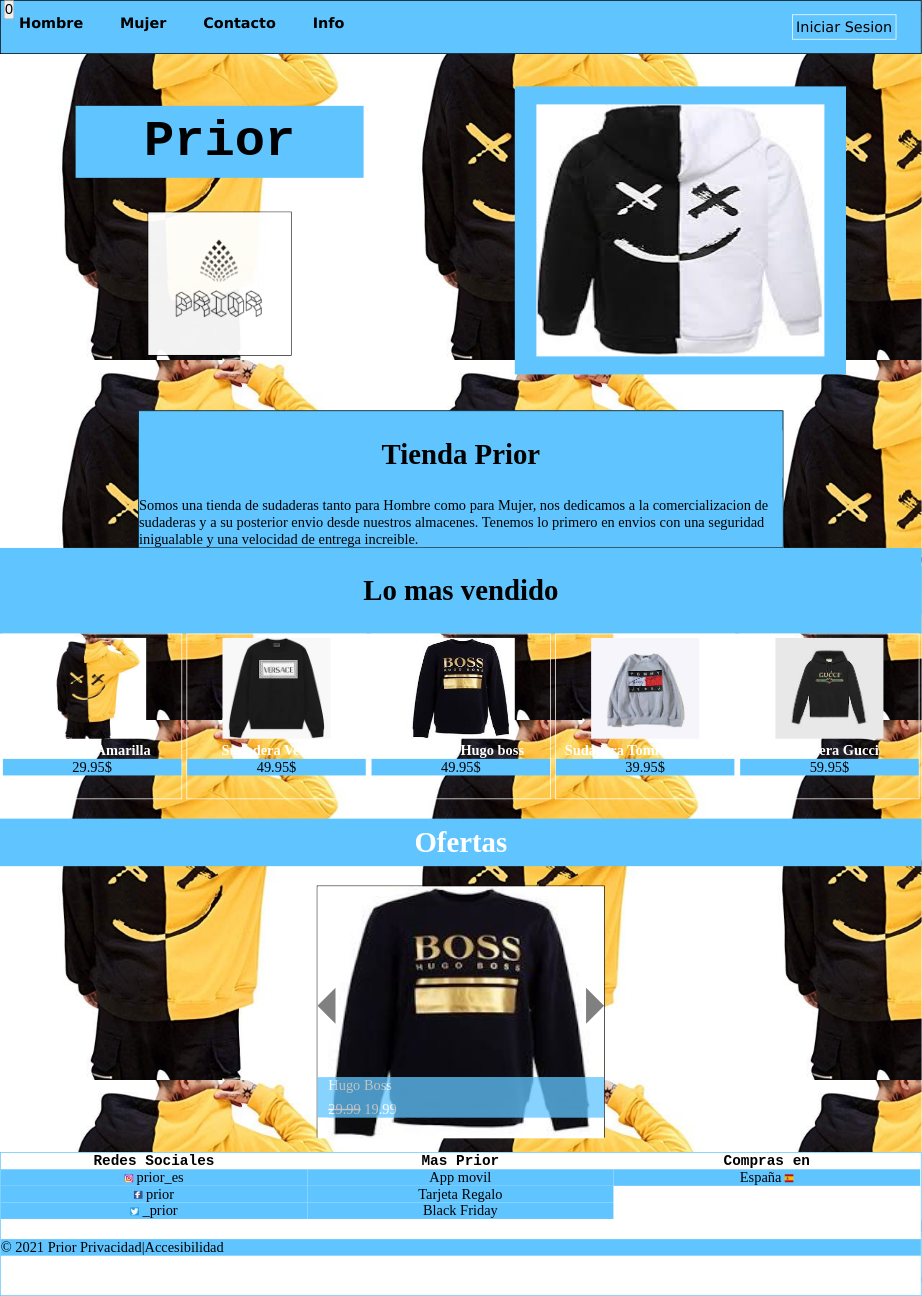
Repository: danilugones10/Proyecto
Page: main.html
The author's editor kept a copy of each file at every save. The page is drawn from the files as they stood at one save, then again after the next save.
The browser window is 1280 px wide. The pictures show the whole page, at 72% of full size.

Above is the page before, as saved 2021-03-04 21:41:20.

### main.html
<!DOCTYPE html>
<html lang="en">
<head>
    <meta charset="UTF-8">
    <meta name="viewport" content="width=device-width, initial-scale=1.0">
    <title>Document</title>
    <link rel="stylesheet" href="css/normalize.css">
    <link rel="stylesheet" href="css/style.css">
</head>
<body class="body">
    <header class="header">

    </header>



    <main class="main">
        <button id="oscuro">0</button>
        <section class="section1">
            <div class="section1-titulo">
                <div class="section1-titulo__fondo color__claro">
                    <h1 class="section1-titulo__h1">Prior</h1>
                </div>
                <img src="css/img/Prior.PNG" class="prior-img">
            </div>
            <div class="section1-img color__claro">
                <img src="css/img/sudadera1.jpg" alt="">
            </div>
        </section>

        <section class="section2">
            <div class="section2-prior color__claro">
                <h1>Tienda Prior</h1>
                <p>Somos una tienda de sudaderas tanto para Hombre como para Mujer,
                    nos dedicamos a la comercializacion de sudaderas y a su posterior envio
                    desde nuestros almacenes. Tenemos lo primero en envios con una seguridad
                    inigualable y una velocidad de entrega increible.
                </p>
            </div>
        </section>

        <section class="section3">
            <div class="section3-h1 color__claro">
                <h1>Lo mas vendido</h1>
            </div>
            <div class="section3-imagenes">
                <div class="section3-imagenes__contenedor">
                    <div class="fondo">
                            <img src="css/img/sudadera_fondo.jpg" width="150px" height="140px" alt="">
                            <h3>Sudadera Amarilla</h3>
                            <p>29.95$</p>
                            <button>Ver detalles</button>
                    </div>
                </div>
                <div class="section3-imagenes__contenedor">
                    <div class="fondo">
                        <img src="css/img/imagenes/1.jpg" width="150px" height="140px" alt="">
                        <h3>Sudadera Versace</h3>
                        <p>49.95$</p>
                        <button>Ver detalles</button>
                    </div>
                </div>
                <div class="section3-imagenes__contenedor">
                    <div class="fondo">
                        <img src="css/img/imagenes/2.jpg" width="150px" height="140px" alt="">
                        <h3>Sudadera Hugo boss</h3>
                        <p>49.95$</p>
                        <button>Ver detalles</button>
                    </div>
                </div>
                <div class="section3-imagenes__contenedor">
                    <div class="fondo">
                        <img src="css/img/imagenes/3.jpg" width="150px" height="140px" alt="">
                        <h3>Sudadera Tommy Hilfiger</h3>
                        <p>39.95$</p>
                        <button>Ver detalles</button>
                    </div>
                </div>
                <div class="section3-imagenes__contenedor">
                    <div class="fondo">
                        <img src="css/img/imagenes/5.jpg" width="150px" height="140px" alt="">
                        <h3>Sudadera Gucci</h3>
                        <p>59.95$</p>
                        <button>Ver detalles</button>
                    </div>
                </div>
            </div>
        </section>

        <section class="section4">
            <h1>Ofertas</h1>
            <div class="contenedor">
                <div id="flecha1"></div>
                <div id="flecha2"></div>

                <img src="css/img/imagenes/1.jpg" width="400px" height="350px" alt="" id="imagen">

                <div class="texto">
                    <p id="nombreImagen">Versace</p>
                    <p id="precio"><span>29.99</span> 19.99</p>
                </div>

            </div>
        </section>
    </main>

    <footer class="footer">
        <div class="grupo">
            <div class="colum">
                <h3>Redes Sociales</h3>
                <p><img src="css/img/Instagram.PNG" width="12px" height="11px" alt=""> prior_es</p>
                <p><img src="css/img/Facebok.PNG" width="12px" height="11px" alt=""> prior</p>
                <p><img src="css/img/Twiter.PNG" width="12px" height="11px" alt=""> _prior</p>
            </div>
            <div class="colum">
                <h3>Mas Prior</h3>
                <p>App movil</p>
                <p>Tarjeta Regalo</p>
                <p>Black Friday</p>
            </div>
            <div class="colum">
                <h3>Compras en</h3>
                <p>España <img src="css/img/España.PNG" width="12px" height="11px" alt=""></p>
            </div>
        </div>
        <div class="fin">
            <p>&copy; 2021 Prior <span>Privacidad|Accesibilidad</span> </p>
        </div>
    </footer>
    <script src="js/menu.js"></script>
    <script src="js/galeria.js"></script>
    <script src="js/oscuro.js"></script>
</body>
</html>

### css/style.css
:root {
  --base: #60c5ff;
  --texto: #000000;
  --nav: #ffffff;
}

.modoOscuro {
  --base: #093f5f;
  --texto: #ffffff;
  --nav: #000000;
}

.header {
  grid-column: 1/2;
  grid-row: 1/2;
  background-color: var(--nav);
  color: var(--texto);
  height: 75px;
}

.menu {
  height: 75px;
  border: 1px solid;
}

.menu__list {
  list-style: none;
  display: flex;
}

.menu__item {
  padding-top: 20px;
  padding-bottom: 23px;
  padding-right: 2%;
  padding-left: 2%;
  font-family: "Lucida Sans", "Lucida Sans Regular", "Lucida Grande", "Lucida Sans Unicode", Geneva, Verdana, sans-serif;
  font-weight: bold;
}

#oscuro {
  margin-left: 5px;
}

a {
  text-decoration: none;
  color: var(--texto);
}

.busqueda {
  display: none;
  position: absolute;
  width: 20%;
  right: 185px;
  top: 25px;
  height: 25px;
  border-radius: 10px;
  outline: none;
}

.inicio {
  position: absolute;
  top: 20px;
  right: 35px;
  background-color: var(--base);
  border: 1px solid white;
  padding: 5px;
  font-family: "Lucida Sans", "Lucida Sans Regular", "Lucida Grande", "Lucida Sans Unicode", Geneva, Verdana, sans-serif;
}
.inicio a {
  text-decoration: none;
}

.hamburguesa {
  position: absolute;
  top: 25px;
  right: 5px;
  cursor: pointer;
  display: none;
}

.inicio:hover {
  background-color: #A3E4D7;
}
.inicio:hover a {
  color: black;
}

.menu__item:hover {
  background-color: var(--base);
  color: var(--texto);
}
.menu__item:hover a {
  color: black;
}

@media (max-width: 767px) {
  .menu {
    background-color: var(--nav);
    height: 75px;
  }

  .menu__list {
    list-style: none;
    display: inline-block;
  }

  .menu__item {
    padding-top: 19px;
    padding-bottom: 20px;
    padding-right: 2%;
    padding-left: 2%;
    font-family: "Lucida Sans", "Lucida Sans Regular", "Lucida Grande", "Lucida Sans Unicode", Geneva, Verdana, sans-serif;
    visibility: hidden;
  }

  .menu__item:hover {
    width: 100px;
  }

  .busqueda {
    display: block;
    position: absolute;
    width: 35%;
    right: 200px;
    top: 25px;
    height: 25px;
    border-radius: 20px;
  }

  .inicio {
    position: absolute;
    top: 20px;
    right: 35px;
    border: 1px solid white;
    padding: 5px;
    font-family: "Lucida Sans", "Lucida Sans Regular", "Lucida Grande", "Lucida Sans Unicode", Geneva, Verdana, sans-serif;
  }
  .inicio a {
    text-decoration: none;
  }

  .hamburguesa {
    position: absolute;
    top: 25px;
    right: 5px;
    cursor: pointer;
    display: block;
  }

  .inicio:hover {
    background-color: #A3E4D7;
    color: black;
  }

  .menu__item:hover {
    background-color: var(--base);
    color: var(--texto);
  }
}
.main {
  grid-column: 1/2;
  grid-row: 2/3;
}

.section1 {
  display: flex;
  flex-flow: wrap;
  justify-content: space-around;
  width: 100%;
}
.section1 .section1-titulo {
  width: 400px;
  height: 400px;
  text-align: center;
}
.section1 .section1-titulo .section1-titulo__fondo .section1-titulo__h1 {
  font-size: 70px;
  font-family: "Courier New", Courier, monospace;
}
.section1 .section1-titulo .prior-img {
  opacity: 95%;
  width: 200px;
  height: 200px;
  border: 1px solid;
  transition: 1s;
}
.section1 .section1-titulo .prior-img:hover {
  transform: scale(1.3);
}
.section1 .section1-img {
  width: 460px;
  height: 400px;
  text-align: center;
  padding-top: 25px;
  margin-top: 20px;
}
.section1 .section1-img img {
  width: 400px;
  height: 350px;
  transition: 1s;
}
.section1 .section1-img img:hover {
  transform: scale(1.1);
}

.section2 {
  width: 100%;
  display: flex;
  justify-content: center;
  padding-top: 50px;
  color: white;
}
.section2 .section2-prior {
  border: 1px solid;
  width: 70%;
}

.section3 {
  width: 100%;
  display: flex;
  flex-wrap: wrap;
  color: white;
}
.section3 .section3-h1 {
  width: 100%;
  text-align: center;
}
.section3 .section3-imagenes {
  display: flex;
  flex-wrap: wrap;
  justify-content: space-around;
  width: 100%;
  text-align: center;
}
.section3 .section3-imagenes .section3-imagenes__contenedor {
  position: relative;
  border: 1px solid;
  padding-top: 5px;
  width: 250px;
  height: 230px;
}
.section3 .section3-imagenes .section3-imagenes__contenedor button {
  display: none;
}
.section3 .section3-imagenes .section3-imagenes__contenedor h3 {
  font-size: 20px;
}
.section3 .section3-imagenes .section3-imagenes__contenedor:hover .fondo {
  position: absolute;
  top: 0;
  left: 0;
  width: 100%;
  height: 100%;
  background-color: rgba(0, 0, 0, 0.6);
  z-index: 100;
}
.section3 .section3-imagenes .section3-imagenes__contenedor:hover button {
  display: inline;
  position: absolute;
  top: 40%;
  left: 30%;
}

.section4 {
  width: 100%;
  margin-top: 5px;
}
.section4 h1 {
  color: white;
  text-align: center;
}
.section4 .contenedor {
  margin: auto;
  margin-bottom: 20px;
  width: 400px;
  height: 350px;
  background-color: aquamarine;
  z-index: 100;
  position: relative;
  border: 1px solid;
}
.section4 .contenedor img {
  width: 100vw;
}
.section4 .contenedor .texto {
  background-color: var(--base);
  opacity: 75%;
  margin-top: -90px;
}
.section4 .contenedor .texto #nombreImagen {
  color: white;
  margin-left: 15px;
}
.section4 .contenedor .texto #precio {
  color: white;
  padding-top: 10px;
  margin-left: 15px;
}
.section4 .contenedor .texto #precio span {
  text-decoration: line-through;
}
.section4 .contenedor #flecha1 {
  content: "";
  position: absolute;
  border-right: 2vw solid gray;
  border-bottom: 2vw solid transparent;
  border-top: 2vw solid transparent;
  bottom: 45%;
  left: 0;
  cursor: pointer;
}
.section4 .contenedor #flecha2 {
  content: "";
  position: absolute;
  border-left: 2vw solid gray;
  border-bottom: 2vw solid transparent;
  border-top: 2vw solid transparent;
  bottom: 45%;
  right: 0;
  cursor: pointer;
}

.footer {
  grid-column: 1/2;
  grid-row: 3/4;
  color: var(--texto);
  background-color: var(--nav);
  border: 1px solid var(--base);
  height: 200px;
}

.grupo {
  display: flex;
}

.colum {
  text-align: center;
  width: 33.3%;
  height: 120px;
}

.colum h3 {
  margin-bottom: 0px;
  font-family: "Courier New", Courier, monospace;
}

.colum div {
  margin-top: 3px;
  font-size: 16px;
  font-family: "Times New Roman", Times, serif;
}

.fin {
  width: 100%;
}

.fin div {
  font-size: 16px;
  text-align: center;
}

.fin div span {
  position: absolute;
  right: 10px;
  font-size: 16px;
}

@media (max-width: 767px) {
  .fin {
    padding-top: 10px;
  }
}
.card_width {
  min-width: 400px;
  max-width: 33%;
}

.main p {
  color: var(--texto);
}
.main h5 {
  color: var(--texto);
}
.main .entrega {
  width: 70%;
  margin: auto;
}
.main .entrega p {
  padding: 10px;
  border-radius: 20px;
  border: 2px solid;
}
.main .pagos {
  width: 30%;
  min-width: 300px;
  margin: auto;
  border-radius: 20px;
  border: 2px solid;
  color: var(--texto);
  background-color: var(--base);
}
.main .pagos ul {
  list-style: none;
}
.main .pagos ul li {
  padding: 10px;
}

h1 {
  background-color: var(--base);
  color: var(--texto);
  padding: 10px;
  text-align: center;
}

p {
  color: var(--texto);
  background-color: var(--base);
}

.cuadro {
  display: flex;
  justify-content: space-around;
  flex-wrap: wrap;
}

.cajita {
  color: var(--texto);
  background-color: var(--base);
  min-width: 450px;
  height: 300px;
  margin-bottom: 10px;
}

.accordion .card {
  color: var(--texto);
  background-color: var(--base);
}
.accordion .card .card-body {
  background-color: rgba(0, 0, 0, 0.3);
}
.accordion .card button {
  color: var(--texto);
}

.contacto-form {
  height: 350px;
  margin: auto;
  width: 75%;
  color: var(--texto);
  background-color: var(--base);
}
.contacto-form fieldset {
  border: 1px solid;
}

.tabla {
  text-align: center;
  width: 90%;
  background-color: var(--base);
  margin: auto;
  margin-bottom: 10px;
}

th {
  color: var(--texto);
}

td {
  color: var(--texto);
}

.carrouselMujer {
  max-width: 500px;
  margin: auto;
  border: 1px solid;
}

.carousel-control-prev-icon {
  background-color: black;
}

.carousel-control-next-icon {
  background-color: black;
}

* {
  margin: 0;
  padding: 0;
  font-size: 20px;
}
* h1 {
  color: var(--texto);
}
* h5 {
  color: var(--texto);
}
* p {
  color: var(--texto);
}

body {
  display: grid;
  grid-template-columns: 100%;
  grid-template-rows: 100px auto 200px;
  background-image: url(img/sudadera_fondo.jpg);
}

#oscuro {
  position: absolute;
  top: 0;
  left: 0;
}

.color__claro {
  background-color: var(--base);
  color: var(--texto);
}

@media (max-width: 767px) {
  body {
    grid-template-rows: 350px auto 200px;
  }

  .main {
    margin-top: -250px;
  }
}

/*# sourceMappingURL=style.css.map */

### js/menu.js
const header=document.querySelector('.header');
const nav=document.createElement('nav');
nav.className="menu color__claro";
const ul=document.createElement('ul');
ul.className="menu__list";
const fragment=document.createDocumentFragment();

const li=document.createElement('li');
li.className="menu__item";
const a=document.createElement('a');
a.href="hombre.html";
a.textContent="Hombre";
li.appendChild(a)
fragment.appendChild(li);

const li2=document.createElement('li');
li2.textContent="Mujer";
li2.className="menu__item";
fragment.appendChild(li2);

const li3=document.createElement('li');
li3.textContent="Contacto";
li3.className="menu__item";
fragment.appendChild(li3);

const li4=document.createElement('li');
li4.textContent="Info";
li4.className="menu__item";
fragment.appendChild(li4);

const li5=document.createElement('input');
li5.setAttribute('placeholder', '   buscar');
li5.className="busqueda";
li5.id="busqueda";
fragment.appendChild(li5);

const li6=document.createElement('li');
const button6=document.createElement('button');
button6.className="inicio";
const a6=document.createElement('a');
a6.href="formulario.html";
a6.textContent="Iniciar Sesion";
button6.appendChild(a6);
li6.appendChild(button6);
fragment.appendChild(button6);

const hamb=document.createElement('label');
hamb.innerHTML="<span>&#9776;</span>";
hamb.className="hamburguesa";
fragment.appendChild(hamb);

ul.appendChild(fragment);
nav.appendChild(ul);
header.appendChild(nav);

const hamburguesa=document.querySelector('.hamburguesa');
const menu=document.querySelector('.menu');
const main=document.querySelector('.main');
const body=document.querySelector('.main');

    hamburguesa.addEventListener('click', ()=>{

        if(window.innerWidth<767){

            if( menu.style.height==="75px"){
                menu.style.height="100%";
                body.style.marginTop="0px";
                li.style.visibility="visible";
                li2.style.visibility="visible";
                li3.style.visibility="visible";
                li4.style.visibility="visible";
            }
            else{
                menu.style.height="75px";
                body.style.marginTop="-200px";
                li.style.visibility="hidden";
                li2.style.visibility="hidden";
                li3.style.visibility="hidden";
                li4.style.visibility="hidden";

            }
        }
    })

    window.addEventListener("resize",() => {
        if (this.window.innerWidth>767) {
            body.style.marginTop="0px";
            li.style.visibility="visible";
            li2.style.visibility="visible";
            li3.style.visibility="visible";
            li4.style.visibility="visible";
        }
        else{
            menu.style.height="75px";
            body.style.marginTop="-200px";
            li.style.visibility="hidden";
            li2.style.visibility="hidden";
            li3.style.visibility="hidden";
            li4.style.visibility="hidden";
        }
     })

### js/galeria.js
const imagen = document.getElementById('imagen');
const texto = document.getElementById('nombreImagen');

let imagenes = ["css/img/imagenes/1.jpg","css/img/imagenes/2.jpg","css/img/imagenes/3.jpg","css/img/imagenes/4.jpg","css/img/imagenes/5.jpg","css/img/imagenes/6.jpg"]
let textos = ["Versace","Hugo Boss","Tommy Hilfiger","Balenciaga", "Gucci","Stranger Things"]

const flecha1 = document.getElementById('flecha1');
const flecha2 = document.getElementById('flecha2');

let numero = 0;

// CADA 5 SEGUNDOS QUE AVANCE DE IMAGEN
setInterval(function(){ avanzar() }, 5000);

function avanzar() {
    if(numero == 5) {
       numero = 0;
       imagen.src = imagenes[numero];
       texto.textContent = textos[numero];
   }
    else {
       numero ++;
       imagen.src = imagenes[numero];
       texto.textContent = textos[numero];
   }
}

function retroceder() {
    if(numero == 0) {
       numero = 5;
       imagen.src = imagenes[numero];
       texto.textContent = textos[numero]
    }
    else {
       numero--;
       imagen.src = imagenes[numero];
       texto.textContent = textos[numero];
    }
}
flecha1.addEventListener('click', () => {
    retroceder()
})
flecha2.addEventListener('click', () => {
    avanzar()
})

### js/oscuro.js
const botonOscuro=document.getElementById('oscuro');
const menus=document.querySelector('.menu');
const section1Titulo=document.querySelector('.section1-titulo__fondo');
const section1Img=document.querySelector('.section1-img');
const section2Prior=document.querySelector('section2-prior');

botonOscuro.addEventListener("click", ()=>{
    if (menus.className=="menu color__claro") {
        menus.className="menu color__oscuro"
        section1Titulo.className="section1-titulo__fondo color__oscuro"
        section1Img.className="section1-img color__oscuro"
        section2Prior.className="section2-prior color__oscuro"
    }
    else{
        menus.className="menu color__claro"
        section1Titulo.className="section1-titulo__fondo color__claro"
        section1Img.className="section1-img color__claro"
        section2Prior.className="section2-prior color__claro"
    }
})

Loaded but not shown: css/normalize.css (library)

After the next save:
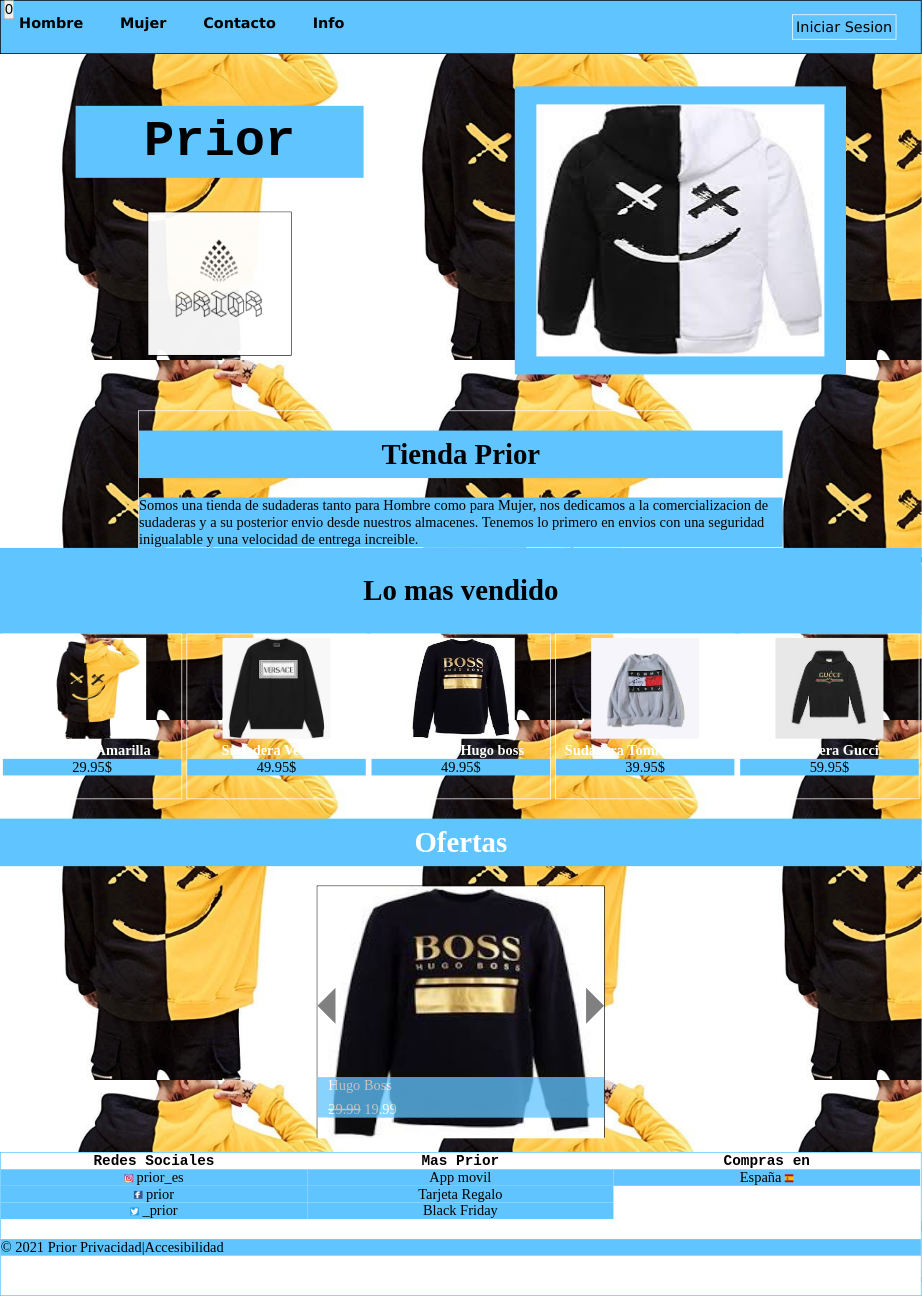
Saved 25 s later.
--- a/main.html
+++ b/main.html
@@ -29,7 +29,7 @@
         </section>
 
         <section class="section2">
-            <div class="section2-prior color__claro">
+            <div class="section2-prior">
                 <h1>Tienda Prior</h1>
                 <p>Somos una tienda de sudaderas tanto para Hombre como para Mujer,
                     nos dedicamos a la comercializacion de sudaderas y a su posterior envio

After the save that followed:
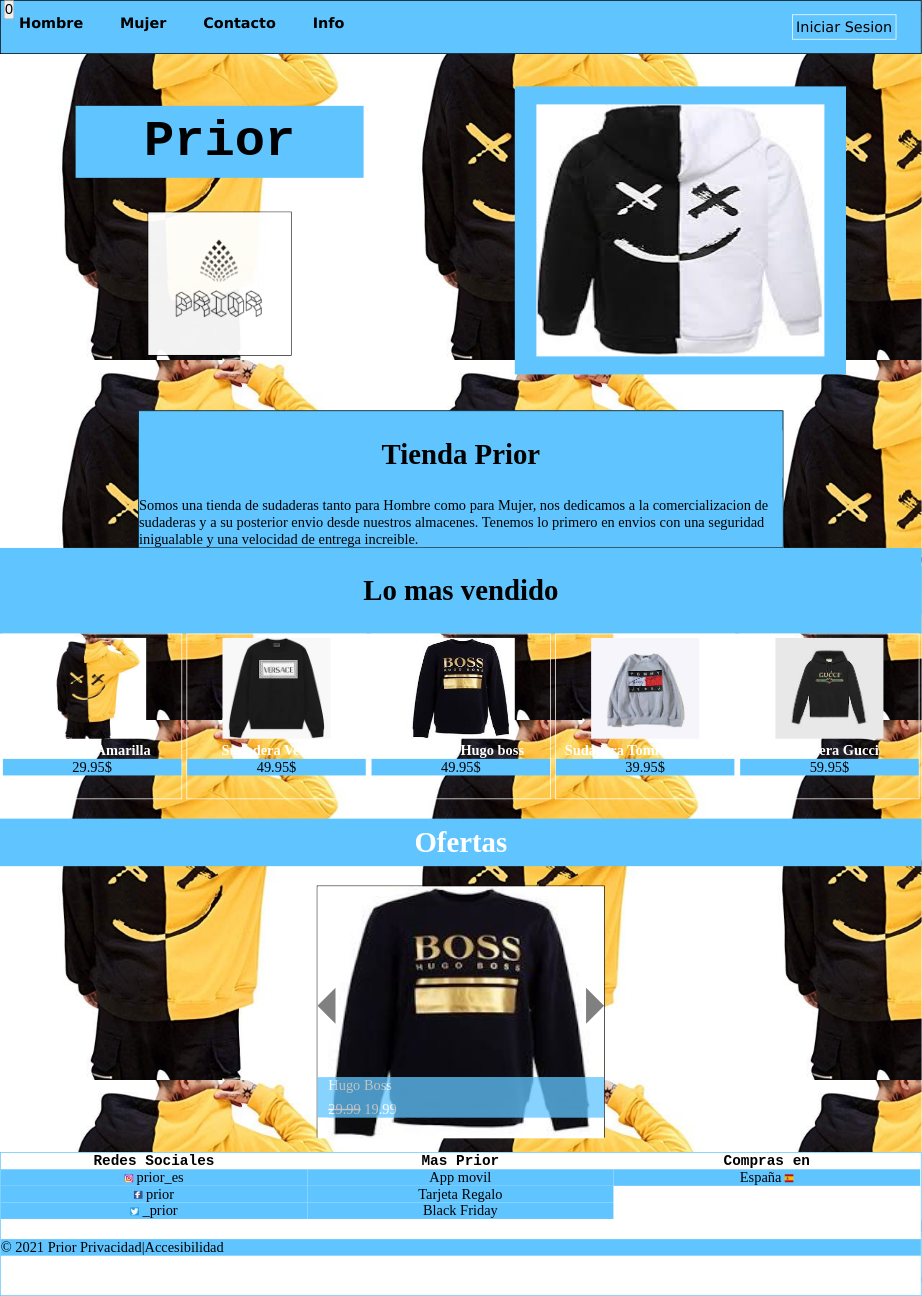
Saved 38 s later.
--- a/main.html
+++ b/main.html
@@ -29,7 +29,7 @@
         </section>
 
         <section class="section2">
-            <div class="section2-prior">
+            <div class="section2-prior color__claro">
                 <h1>Tienda Prior</h1>
                 <p>Somos una tienda de sudaderas tanto para Hombre como para Mujer,
                     nos dedicamos a la comercializacion de sudaderas y a su posterior envio
